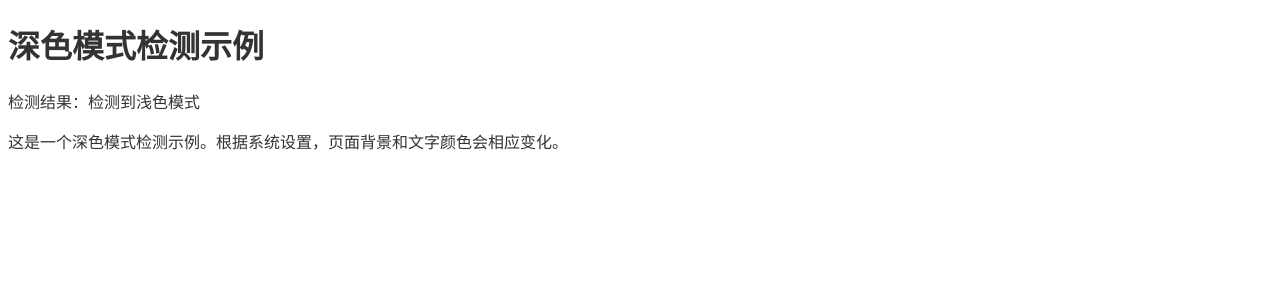
Repository: Lisu-Liso/GXCC
Page: test.html
The author's editor kept a copy of each file at every save. The page is drawn from the files as they stood at one save, then again after the next save.
The browser window is 1280 px wide. The pictures show the whole page.

Above is the page before, as saved 2024-10-27 12:33:05.

After the next save:
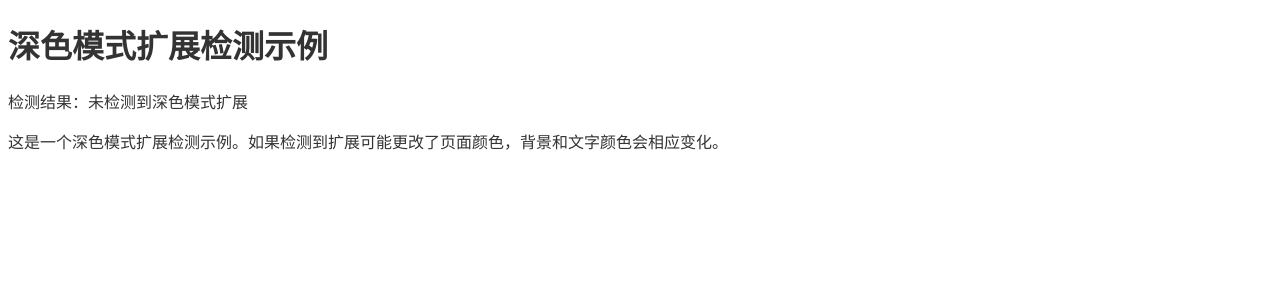
Saved 66 s later.
--- a/test.html
+++ b/test.html
@@ -3,51 +3,51 @@
 <head>
     <meta charset="UTF-8">
     <meta name="viewport" content="width=device-width, initial-scale=1.0">
-    <title>深色模式检测示例</title>
+    <title>深色模式扩展检测示例</title>
     <style>
-        body {
-            transition: background-color 0.3s, color 0.3s;
-        }
-        .dark-mode {
-            background-color: #333;
-            color: #fff;
-        }
-        .light-mode {
-            background-color: #fff;
-            color: #333;
+        #test-element {
+            position: absolute;
+            top: -9999px;
+            left: -9999px;
+            width: 1px;
+            height: 1px;
+            background-color: rgb(255, 255, 255);
         }
     </style>
     <script>
-        function checkDarkMode() {
-            return window.matchMedia && window.matchMedia('(prefers-color-scheme: dark)').matches;
+        function checkDarkModeExtension() {
+            const testElement = document.createElement('div');
+            testElement.id = 'test-element';
+            document.body.appendChild(testElement);
+
+            // 给扩展一些时间来修改元素
+            setTimeout(() => {
+                const computedStyle = window.getComputedStyle(testElement);
+                const backgroundColor = computedStyle.backgroundColor;
+                const textColor = computedStyle.color;
+
+                const resultElement = document.getElementById('result');
+
+                if (backgroundColor !== 'rgb(255, 255, 255)' || textColor !== 'rgb(0, 0, 0)') {
+                    resultElement.textContent = '检测到可能有深色模式扩展在运行';
+                    document.body.style.backgroundColor = '#333';
+                    document.body.style.color = '#fff';
+                } else {
+                    resultElement.textContent = '未检测到深色模式扩展';
+                    document.body.style.backgroundColor = '#fff';
+                    document.body.style.color = '#333';
+                }
+
+                document.body.removeChild(testElement);
+            }, 50); // 等待50毫秒
         }
 
-        function updateTheme() {
-            const resultElement = document.getElementById('result');
-            const body = document.body;
-
-            if (checkDarkMode()) {
-                resultElement.textContent = '检测到深色模式';
-                body.classList.remove('light-mode');
-                body.classList.add('dark-mode');
-            } else {
-                resultElement.textContent = '检测到浅色模式';
-                body.classList.remove('dark-mode');
-                body.classList.add('light-mode');
-            }
-        }
-
-        document.addEventListener('DOMContentLoaded', updateTheme);
-
-        // 监听系统主题变化
-        if (window.matchMedia) {
-            window.matchMedia('(prefers-color-scheme: dark)').addListener(updateTheme);
-        }
+        document.addEventListener('DOMContentLoaded', checkDarkModeExtension);
     </script>
 </head>
 <body>
-    <h1>深色模式检测示例</h1>
+    <h1>深色模式扩展检测示例</h1>
     <p>检测结果：<span id="result">正在检测...</span></p>
-    <p>这是一个深色模式检测示例。根据系统设置，页面背景和文字颜色会相应变化。</p>
+    <p>这是一个深色模式扩展检测示例。如果检测到扩展可能更改了页面颜色，背景和文字颜色会相应变化。</p>
 </body>
 </html>
